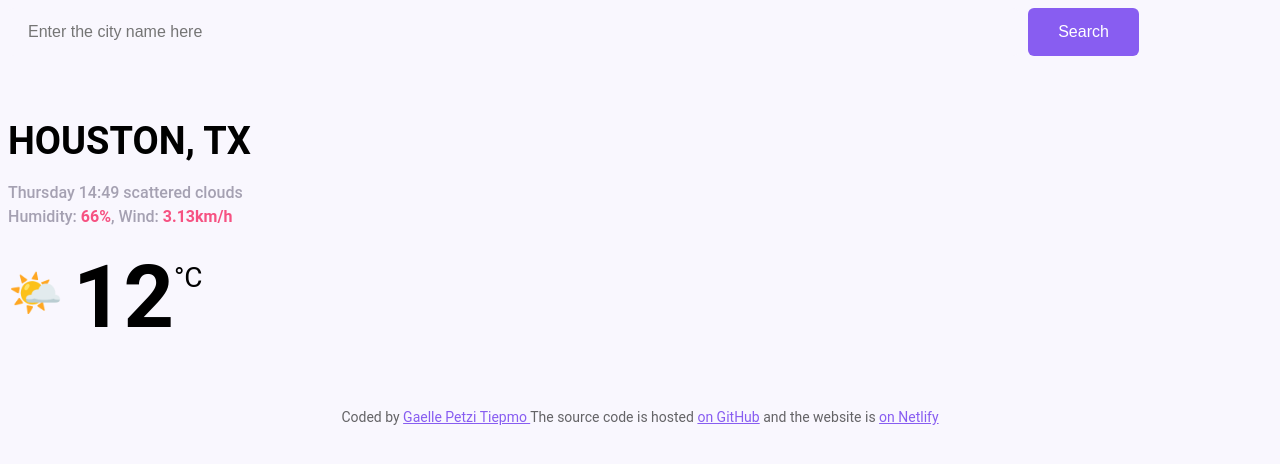
Repository: OnwardForward/meteo.by.gaelle
Page: meteo.appbygaelle.html
An editor plug-in stored every save of this project. The page is shown before and after the next save, followed by the edit.
The browser window is 1280 px wide. The pictures show the whole page.
The page's requests for data from a server got no answer. Some web libraries are served in a nearby version.

Above is the page before, as saved 2024-04-22 16:49:12.

### meteo.appbygaelle.html
<!DOCTYPE html>
<html lang="en">
    <head>
        <meta charset="UTF-8">
        <meta name="viewport" content="width=device-width, initial-scale=1.0">
        <title>Meteo By Gaelle</title>
        <link rel="stylesheet" href="src\styles.css" />
    </head>
    <body>
        <div class="meteo-app">
            <header>
            <form class="search-form">
                <input type="search" placeholder="Enter the city name here" required class="search-form-input" />
                <input type="submit" value="Search" class="search-form-button" />
            </form>
            </header>
            <main>
            <div class="meteo-app-data">
                <div>
                    <h1 class="weather-app-city">HOUSTON, TX</h1>
                    <p class="weather-app-details">
                        Thursday 14:49 scattered clouds
                        <br />
                        Humidity: <strong>66%</strong>, Wind: <strong>3.13km/h</strong>
                    </p>
                </div>
                <div class="weather-app-temperature-container">
                    <div class="weather-app-icon">🌤️</div>
                    <div class="weather-app-temperature">12</div>
                    <div class="weatehr-app-unit">°C</div>
                </div>
            </div>
        </main>

            <footer>
                Coded by <a href="https://github.com/OnwardForward" target="_blank"> Gaelle Petzi Tiepmo </a>
                The source code is hosted <a href="https://github.com/OnwardForward/meteo.by.gaelle" target="_blank">on GitHub</a>
                and the website is <a href="https://meteo-app-by-gaellept.netlify.app/" target="_blank"> on Netlify</a>
            </footer>
        </div>
    </body>
</html>

### src/styles.css
body {
  background-color: #f9f7fe;
  font-family: "Roboto", sans-serif;
}

a {
  color: #885df1;
}

.weather-app {
  background: white;
  max-width: 600px;
  margin: 45px auto;
  box-shadow: 0 30px 50px rgba(65, 50, 100, 0.08);
  border-radius: 16px;
  padding: 30px;
}

header {
  border-bottom: 1px solid #f9f7fe;
  padding: 0 0 30px 0;
}

.search-form-input {
  background-color: #f9f7fe;
  border: none;
  border-radius: 6px;
  width: 80%;
  font-size: 16px;
  padding: 15px 20px;
}

.search-form-button {
  background: #885df1;
  padding: 15px 30px;
  border: none;
  font-size: 16px;
  margin-left: 5px;
  border-radius: 6px;
  color: white;
}

main {
  padding: 30px 0;
}

.weather-app-data {
  display: flex;
  justify-content: space-between;
}

.weather-app-city {
  margin: 0;
  font-size: 38px;
  line-height: 48px;
}

.weather-app-details {
  font-size: 16px;
  color: rgba(39, 33, 66, 0.4);
  line-height: 24px;
  font-weight: 500;
}

.weather-app-details strong {
  color: #f65282;
}

.weather-app-temperature-container {
  display: flex;
}

.weather-app-icon {
  font-size: 44px;
  margin-top: 22px;
}

.weather-app-temperature {
  font-size: 88px;
  margin-left: 10px;
  font-weight: bold;
}

.weatehr-app-unit {
  margin-top: 16px;
  font-size: 28px;
}

footer {
  border-top: 1px solid #f9f7fe;
  padding: 30px 0 0 0;
  text-align: center;
  font-size: 14px;
  color: rgba(0, 0, 0, 0.6);
}

### src/index.js
function refreshWeather(response) {
  let temperatureElement = document.querySelector("#temperature");
  let temperature = response.data.temperature.current;
  let cityElement = document.querySelector("#city");
  let descriptionElement = document.querySelector("#description");
  let humidityElement = document.querySelector("#humidity");
  let windSpeedElement = document.querySelector("#wind-speed");
  let timeElement = document.querySelector("#time");
  let date = new Date(response.data.time * 1000);
  let iconElement = document.querySelector("#icon");

  cityElement.innerHTML = response.data.city;
  timeElement.innerHTML = formatDate(date);
  descriptionElement.innerHTML = response.data.condition.description;
  humidityElement.innerHTML = `${response.data.temperature.humidity}%`;
  windSpeedElement.innerHTML = `${response.data.wind.speed}km/h`;
  temperatureElement.innerHTML = Math.round(temperature);
  iconElement.innerHTML = `<img src="${response.data.condition.icon_url}" class="weather-app-icon" />`;
}

function formatDate(date) {
  let minutes = date.getMinutes();
  let hours = date.getHours();
  let days = [
    "Sunday",
    "Monday",
    "Tuesday",
    "Wednesday",
    "Thursday",
    "Friday",
    "Saturday",
  ];
  let day = days[date.getDay()];

  if (minutes < 10) {
    minutes = `0${minutes}`;
  }

  return `${day} ${hours}:${minutes}`;
}

function searchCity(city) {
  let apiKey = "b2a5adcct04b33178913oc335f405433";
  let apiUrl = `https://api.shecodes.io/weather/v1/current?query=${city}&key=${apiKey}`;
  axios.get(apiUrl).then(refreshWeather);
}

function handleSearchSubmit(event) {
  event.preventDefault();
  let searchInput = document.querySelector("#search-form-input");

  searchCity(searchInput.value);
}

let searchFormElement = document.querySelector("#search-form");
searchFormElement.addEventListener("submit", handleSearchSubmit);

searchCity("Houston");

After the next save:
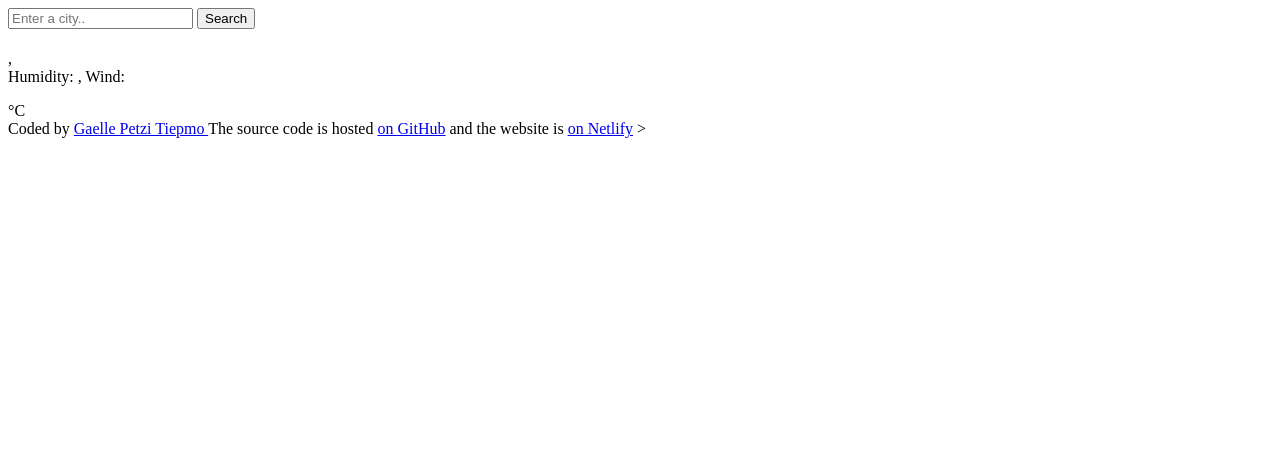
Console error (its wording comes from the project's code and is left out).
Not found: src/style.css
Saved 2 min 8 s later.
--- a/meteo.appbygaelle.html
+++ b/meteo.appbygaelle.html
@@ -1,42 +1,59 @@
 <!DOCTYPE html>
 <html lang="en">
-    <head>
-        <meta charset="UTF-8">
-        <meta name="viewport" content="width=device-width, initial-scale=1.0">
-        <title>Meteo By Gaelle</title>
-        <link rel="stylesheet" href="src\styles.css" />
-    </head>
-    <body>
-        <div class="meteo-app">
-            <header>
-            <form class="search-form">
-                <input type="search" placeholder="Enter the city name here" required class="search-form-input" />
-                <input type="submit" value="Search" class="search-form-button" />
-            </form>
-            </header>
-            <main>
-            <div class="meteo-app-data">
-                <div>
-                    <h1 class="weather-app-city">HOUSTON, TX</h1>
-                    <p class="weather-app-details">
-                        Thursday 14:49 scattered clouds
-                        <br />
-                        Humidity: <strong>66%</strong>, Wind: <strong>3.13km/h</strong>
-                    </p>
-                </div>
-                <div class="weather-app-temperature-container">
-                    <div class="weather-app-icon">🌤️</div>
-                    <div class="weather-app-temperature">12</div>
-                    <div class="weatehr-app-unit">°C</div>
-                </div>
-            </div>
-        </main>
+  <head>
+    <meta charset="UTF-8" />
+    <meta name="viewport" content="width=device-width, initial-scale=1.0" />
+    <link rel="preconnect" href="https://fonts.googleapis.com" />
+    <link rel="preconnect" href="https://fonts.gstatic.com" crossorigin />
+    <link
+      href="https://fonts.googleapis.com/css2?family=Roboto:ital,wght@0,100;0,300;0,400;0,500;0,700;0,900;1,100;1,300;1,400;1,500;1,700;1,900&display=swap"
+      rel="stylesheet"
+    />
+    <link rel="stylesheet" href="src/style.css" />
+    <script src="https://cdn.jsdelivr.net/npm/axios@1.1.2/dist/axios.min.js"></script>
+    <title>Meteo App</title>
+  </head>
+  <body>
+    <div class="weather-app">
+      <header>
+        <form class="search-form" id="search-form">
+          <input
+            type="search"
+            placeholder="Enter a city.."
+            required
+            id="search-form-input"
+            class="search-form-input"
+          />
+          <input type="submit" value="Search" class="search-form-button" />
+        </form>
+      </header>
+      <main>
+        <div class="weather-app-data">
+          <div>
+            <h1 class="weather-app-city" id="city"></h1>
+            <p class="weather-app-details">
+              <span id="time"></span>,
+              <span id="description"></span>
+              <br />
+              Humidity: <strong id="humidity"></strong>, Wind:
+              <strong id="wind-speed"></strong>
+            </p>
+          </div>
+          <div class="weather-app-temperature-container">
+            <div id="icon"></div>
+            <div class="weather-app-temperature" id="temperature"></div>
+            <div class="weatehr-app-unit">°C</div>
+          </div>
+        </div>
+      </main>
 
-            <footer>
-                Coded by <a href="https://github.com/OnwardForward" target="_blank"> Gaelle Petzi Tiepmo </a>
-                The source code is hosted <a href="https://github.com/OnwardForward/meteo.by.gaelle" target="_blank">on GitHub</a>
-                and the website is <a href="https://meteo-app-by-gaellept.netlify.app/" target="_blank"> on Netlify</a>
-            </footer>
-        </div>
-    </body>
+      <footer>
+        Coded by <a href="https://github.com/OnwardForward" target="_blank"> Gaelle Petzi Tiepmo </a>
+        The source code is hosted <a href="https://github.com/OnwardForward/meteo.by.gaelle" target="_blank">on GitHub</a>
+        and the website is <a href="https://meteo-app-by-gaellept.netlify.app/" target="_blank"> on Netlify</a>
+        >
+      </footer>
+    </div>
+    <script src="src/index.js"></script>
+  </body>
 </html>
